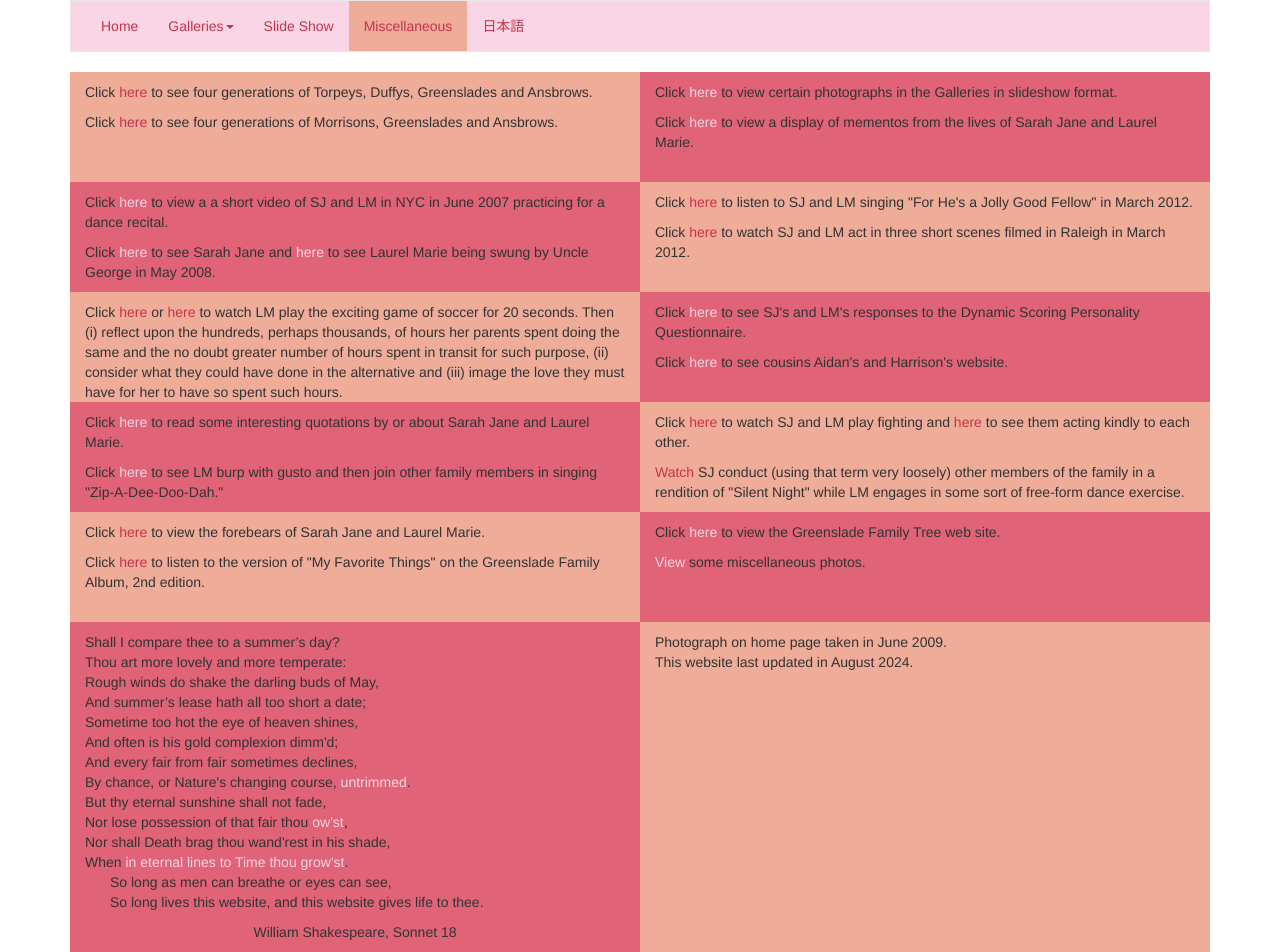
Repository: George2916/Sarah-Jane-and-Laurel-Marie
Page: misc.html
The author's editor kept a record of every edit. The page is drawn from the files as they stood at one moment, then again after the next edit.
The browser window is 1280 px wide. The pictures show the whole page.

Above is the page before.
Console error: TypeError: Cannot read properties of null (reading 'style')

### misc.html
<!DOCTYPE html>
<html>
<head>

    <meta charset="utf-8">
    <meta http-equiv="X-UA-Compatible" content="IE-edge">
    <meta name="viewport" content="width=device-width, initial-scale=1">
    <!--[if lt IE 9]
<script src="https://oss.maxcdn.com/html5shiv/3.7.2/html5shiv.min.js"></script>
<script src="https://oss.maxcdn.com/respond/1.4.2/respond.min.js"></script>
<![endif]-->

  <title>Miscellaneous</title>

    <link rel="stylesheet" type="text/css" href="css/bootstrap.css">
    <link rel="stylesheet" type="text/css" href="css/mystyle.css">
    <link href="https://fonts.googleapis.com/css?family=Permanent+Marker" rel="stylesheet">


</head>

<body>

<div class="container">

    <!-- collapsing navbar -->

    <nav class="navbar navbar-default">
    <div class="navbar-header">
        <button type="button" class="navbar-toggle" data-toggle="collapse" data-target="#myNavbar"><span class="glyphicon glyphicon-menu-hamburger"></span></button>

    </div>

    <div class="collapse navbar-collapse" id="myNavbar">
        <ul class="nav navbar-nav">
            <li class="DDDD"><a class="home" href="index.html">Home</a></li>
            <li class="dropdown DDDD"><a class="active dropdown-toggle gallery-0" data-toggle="dropdown" href="#">Galleries<span class="caret"></span></a>
                <ul class="dropdown-menu">
                    <li><a href="gallery1.html">Gallery - Jan. 2001 / Feb. 2004</a></li>
                    <li><a href="gallery2.html">Gallery - Feb. 2004 / Dec. 2006</a></li>
                    <li><a href="gallery3.html">Gallery - June 2007 / Nov. 2008</a></li>
                    <li><a href="gallery4.html">Gallery - Nov. 2008 / Sept. 2009</a></li>
                    <li><a href="gallery5.html">Gallery 5 - Dec. 2009 / Mar. 2012</a></li>
                </ul>
            </li>
            <li class="DDDD"><a class="slideshow" href="slideshow.html">Slide Show</a></li>
            <li class="active non-drop DDDD miscellaneous"><a class="misc" href="misc.html">Miscellaneous</a></li>
            <li class="DDDD"><a href="misc-jap.html">日本語</a></li>
        </ul>
    </div>
    </nav>


      <div id="misc-background">

        <div class="row  noPad">

            <div class="col-sm-6 color1 box1">
                <p>Click <a class="misc-link-1 AAA" href="familytreeT.html">here</a> to see four generations of Torpeys, Duffys, Greenslades and Ansbrows.</p>
                <p>Click <a class="misc-link-1 AAA" href="familytreeM.html">here</a> to see four generations of Morrisons, Greenslades and Ansbrows.</p>
            </div>



            <div class="col-sm-6 color2 box2">
                <p>Click <a class="misc-link-2 AAA" href="slideshow2.html">here</a> to view certain photographs in the Galleries in slideshow format.</p>
                <p>Click <a class="misc-link-2 AAA" href="flippablePhotos.html">here</a> to view a display of mementos from the lives of Sarah Jane and Laurel Marie.</p>
            </div>


        </div>

        <div class="row  noPad">

            <div class="col-sm-6 color2 box3">
                <p>Click <a class="misc-link-3 AAA" href="https://www.youtube.com/watch?v=NwOyJzJh9Wc">here</a> to view a a short video of SJ and LM in NYC in June 2007 practicing for a dance recital.</p>
                <p>Click <a class="misc-link-3 AAA" href="https://www.youtube.com/watch?v=lUZmNCm3aWA">here</a> to see Sarah Jane and <a class="misc-link-3 AAA" href="https://www.youtube.com/watch?v=WP3CQZRvERk">here</a> to see Laurel Marie being swung by Uncle George in May 2008.</p>
            </div>



            <div class="col-sm-6 color1 box4">
                <p>Click <a class="misc-link-4 AAA" href="https://www.youtube.com/watch?v=_l0FIXjZr1M">here</a> to listen to SJ and LM singing "For He's a Jolly Good Fellow" in March 2012.</p>
                <p>Click <a class="misc-link-4 AAA" href="https://www.youtube.com/watch?v=VaALOcjoOfE">here</a> to watch SJ and LM act in three short scenes filmed in Raleigh in March 2012.</p>
            </div>


        </div>

        <div class="row noPad">

            <div class="col-sm-6 color1 box5">
                 <p>Click <a class="misc-link-5 AAA" href="https://www.youtube.com/watch?v=pcceURS1TcA">here</a> or <a class="misc-link-5 AAA" href="https://youtube.com/shorts/QztJYCS5-YM">here</a> to watch LM play the exciting game of soccer for 20 seconds. Then (i) reflect upon the hundreds, perhaps thousands, of hours her parents spent doing the same and the no doubt greater number of hours spent in transit for such purpose, (ii) consider what they could have done in the alternative and (iii) image the love they must have for her to have so spent such hours.</p>
            </div>



            <div class="col-sm-6 color2 box6">
                <p>Click <a class="misc-link-6 AAA" href="questionnaire.html">here</a> to see SJ's and LM's responses to the Dynamic Scoring Personality Questionnaire.</p>
                <p>Click <a class="misc-link-6 AAA" href="https://george2916.github.io" >here</a> to see cousins Aidan's and Harrison's website.</p>

            </div>



        </div>

        <div class="row  noPad">

            <div class="col-sm-6 color2 box7">
                <p>Click <a class="misc-link-7 AAA" href="quotes.html">here</a> to read some interesting quotations by or about Sarah Jane and Laurel Marie.</p>
                <p>Click <a class="misc-link-3 AAA" href="https://youtu.be/i4otdVIbA44">here</a> to see LM burp with gusto and then join other family members in singing "Zip-A-Dee-Doo-Dah."</p>
            </div>


            <div class="col-sm-6 color1 box8">
                <p>Click <a class="misc-link-8 AAA" href="https://youtu.be/OAZ1_f3dj48">here</a> to watch SJ and LM play fighting and <a class="misc-link-4 AAA" href="https://youtu.be/zzMhVbymAOA">here</a> to see them acting kindly to each other.</p>
                <p><a class="misc-link-4 AAA" href="https://youtu.be/t_HujAmd91A">Watch</a> SJ conduct (using that term very loosely) other members of the family in a rendition of "Silent Night" while LM engages in some sort of free-form dance exercise.</p>
            </div>


        </div>

        <div class="row  noPad">

            <div class="col-sm-6 color2 box9">
                <p>Click <a class="misc-link-9 AAA" href="ancestors.html#nedDuffy">here</a> to view the forebears of Sarah Jane and Laurel Marie.</p>

                <p>Click <a class="misc-link-9 AAA" href="https://youtu.be/F1NmzCG4n8A">here</a> to listen to the version of "My Favorite Things" on the Greenslade Family Album, 2nd edition.</p>
            </div>


            <div class="col-sm-6 color1 box10">
                <p>Click <a class="misc-link-10 AAA" href="https://george2916.github.io/GreensladeFamilyTree">here</a> to view the Greenslade Family Tree web site.</p>

                <p><a class="misc-link-10 AAA" href="miscPhotos.html">View</a> some miscellaneous photos.</p>
        </div>


        </div>

        <div class="row  noPad">

            <div class="col-sm-6 color1 box11 englishShakespeare">
                <p>Shall I compare thee to a summer’s day?<br>
				Thou art more lovely and more temperate:<br>
				Rough winds do shake the darling buds of May,<br>
				And summer’s lease hath all too short a date;<br>
				Sometime too hot the eye of heaven shines,<br>
				And often is his gold complexion dimm'd;<br>
				And every fair from fair sometimes declines,<br>
                By chance, or Nature's changing course, <a class="misc-link-11 AAA" href="untrimmed.html">untrimmed</a>.<br>
                But thy eternal sunshine shall not fade,<br>
                Nor lose possession of that fair thou <a class="misc-link-11 AAA" href="owest.html">ow'st</a>,<br>
                Nor shall Death brag thou wand'rest in his shade,<br>
                When <a class="misc-link-11 AAA" href="ineternallines.html">in eternal lines to Time thou grow'st</a>.<br>
                <span class="last2lines">So long as men can breathe or eyes can see,</span><br>
                <span class="last2lines">So long lives this website, and this website gives life to thee.</span></p>
                <p style="text-align: center">William Shakespeare, Sonnet 18</p>

            </div>



            <div class="col-sm-6 color2 box12">
                <p>Photograph on home page taken in June 2009.<br>
                This website last updated in August 2024.
                </p>
            </div>

        </div>

    </div>

</div>







<script src="js/jquery-3.2.0.js"></script>
<script src="js/bootstrap.js"></script>
<script src="js/myjquery.js"></script>


</body>
</html>

Loaded but not shown: css/bootstrap.css (library); js/jquery-3.2.0.js (library); js/bootstrap.js (library); js/myjquery.js (library); css/mystyle.css (1012 lines, source omitted)

After the next edit:
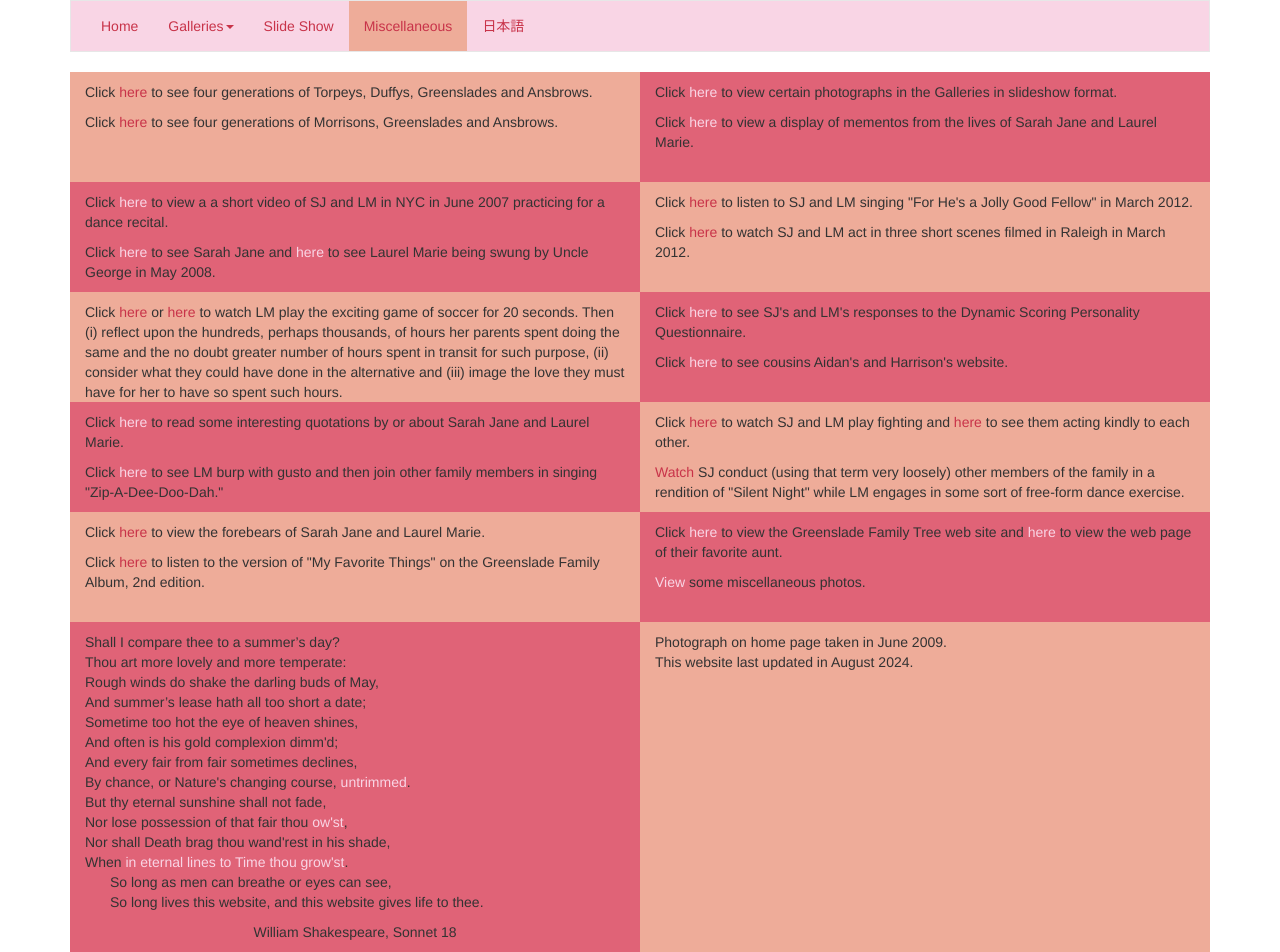
The edit:
--- a/misc.html
+++ b/misc.html
@@ -131,7 +131,7 @@
 
 
             <div class="col-sm-6 color1 box10">
-                <p>Click <a class="misc-link-10 AAA" href="https://george2916.github.io/GreensladeFamilyTree">here</a> to view the Greenslade Family Tree web site.</p>
+                <p>Click <a class="misc-link-10 AAA" href="https://george2916.github.io/GreensladeFamilyTree">here</a> to view the Greenslade Family Tree web site and <a class="misc-link-10 AAA" href="https://george2916.github.io/FamilyTreePhotographs/sunghee2024.html">here</a> to view the web page of their favorite aunt.</p>
 
                 <p><a class="misc-link-10 AAA" href="miscPhotos.html">View</a> some miscellaneous photos.</p>
         </div>
